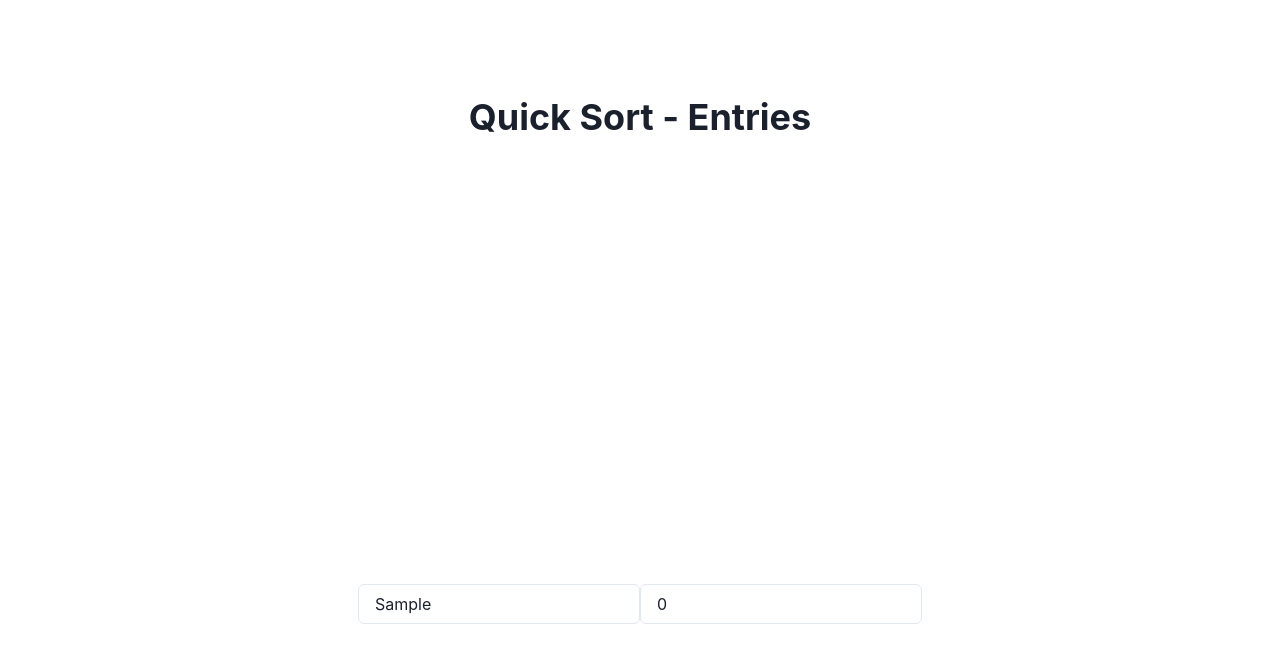
Repository: rohit-jindal18/stock-trailer
Page: /home
The author's editor kept a copy of each file at every save. The page is drawn from the files as they stood at one save, then again after the next save.
The browser window is 1280 px wide. The pictures show the whole page.
The project was rebuilt for these pictures with package versions that can differ from the ones it lists, and the page was loaded fresh each time. The framework's server and built-in components were replaced by stand-ins that run in the browser. Also part of the build but not shown: next.config.js.

Above is the page before, as saved 2023-03-14 14:58:57.

### src/pages/_app.tsx
import '@stock-trailer/styles/globals.css'
import { ChakraProvider } from '@chakra-ui/react'
import type { AppProps } from 'next/app'

export default function App({ Component, pageProps }: AppProps) {
  return (
    <ChakraProvider>
      <Component {...pageProps} />
    </ChakraProvider>
  )
}

### src/pages/home.tsx
import { Box, Heading, Input } from '@chakra-ui/react'
import styles from '@stock-trailer/styles/Home.module.css'
import { IInstrumentInfo } from '@stock-trailer/types'
import { Inter } from 'next/font/google'
import Head from 'next/head'
import { useState } from 'react'

const inter = Inter({ subsets: ['latin'] })

export default function Authorize() {
  const [instruments, setInstruments] = useState<IInstrumentInfo[]>([{
    id: 'Sample',
    qty: 0
  }]);
  return (
    <>
      <Head>
        <title>Stock - Trailer</title>
        <meta name="description" content="Generated by create next app" />
        <meta name="viewport" content="width=device-width, initial-scale=1" />
        <link rel="icon" href="/favicon.ico" />
      </Head>
      <main className={styles.main}>
        <div className={styles.description}>
          <Heading>Quick Sort - Entries</Heading>
        </div>
        <Box>
          {
            instruments.map((instrument, index) => {
              return (
                <Box display={'flex'} key={`qs-${index}`} >
                  <Input value={instrument.id} onChange={(event) => {
                    const newInstruments = [
                      ...instruments
                    ]
                    newInstruments[index].id = event.target.value
                    setInstruments(newInstruments);
                  }} />
                  <Input value={instrument.qty} onChange={(event) => {
                    const newInstruments = [
                      ...instruments
                    ]
                    newInstruments[index].qty = +event.target.value
                    setInstruments(newInstruments);
                  }} />
                </Box>
              );
            })
          }
        </Box>
      </main>
    </>
  )
}

### src/styles/Home.module.css
.main {
  display: flex;
  flex-direction: column;
  justify-content: space-between;
  align-items: center;
  padding: 6rem;
  min-height: 100vh;
}

.description {
  display: flex;
  justify-content: center;
  align-items: center;
  height: 100%;
  font-size: 0.85rem;
  max-width: var(--max-width);
  width: 100%;
  z-index: 2;
  font-family: var(--font-mono);
}

.description a {
  display: flex;
  justify-content: center;
  align-items: center;
  gap: 0.5rem;
}

.description p {
  position: relative;
  margin: 0;
  padding: 1rem;
  background-color: rgba(var(--callout-rgb), 0.5);
  border: 1px solid rgba(var(--callout-border-rgb), 0.3);
  border-radius: var(--border-radius);
}

.code {
  font-weight: 700;
  font-family: var(--font-mono);
}

.grid {
  display: grid;
  grid-template-columns: repeat(4, minmax(25%, auto));
  width: var(--max-width);
  max-width: 100%;
}

.card {
  padding: 1rem 1.2rem;
  border-radius: var(--border-radius);
  background: rgba(var(--card-rgb), 0);
  border: 1px solid rgba(var(--card-border-rgb), 0);
  transition: background 200ms, border 200ms;
}

.card span {
  display: inline-block;
  transition: transform 200ms;
}

.card h2 {
  font-weight: 600;
  margin-bottom: 0.7rem;
}

.card p {
  margin: 0;
  opacity: 0.6;
  font-size: 0.9rem;
  line-height: 1.5;
  max-width: 30ch;
}

.center {
  display: flex;
  justify-content: center;
  align-items: center;
  position: relative;
  padding: 4rem 0;
}

.center::before {
  background: var(--secondary-glow);
  border-radius: 50%;
  width: 480px;
  height: 360px;
  margin-left: -400px;
}

.center::after {
  background: var(--primary-glow);
  width: 240px;
  height: 180px;
  z-index: -1;
}

.center::before,
.center::after {
  content: '';
  left: 50%;
  position: absolute;
  filter: blur(45px);
  transform: translateZ(0);
}

.logo,
.thirteen {
  position: relative;
}

.thirteen {
  display: flex;
  justify-content: center;
  align-items: center;
  width: 75px;
  height: 75px;
  padding: 25px 10px;
  margin-left: 16px;
  transform: translateZ(0);
  border-radius: var(--border-radius);
  overflow: hidden;
  box-shadow: 0px 2px 8px -1px #0000001a;
}

.thirteen::before,
.thirteen::after {
  content: '';
  position: absolute;
  z-index: -1;
}

/* Conic Gradient Animation */
.thirteen::before {
  animation: 6s rotate linear infinite;
  width: 200%;
  height: 200%;
  background: var(--tile-border);
}

/* Inner Square */
.thirteen::after {
  inset: 0;
  padding: 1px;
  border-radius: var(--border-radius);
  background: linear-gradient(
    to bottom right,
    rgba(var(--tile-start-rgb), 1),
    rgba(var(--tile-end-rgb), 1)
  );
  background-clip: content-box;
}

/* Enable hover only on non-touch devices */
@media (hover: hover) and (pointer: fine) {
  .card:hover {
    background: rgba(var(--card-rgb), 0.1);
    border: 1px solid rgba(var(--card-border-rgb), 0.15);
  }

  .card:hover span {
    transform: translateX(4px);
  }
}

@media (prefers-reduced-motion) {
  .thirteen::before {
    animation: none;
  }

  .card:hover span {
    transform: none;
  }
}

/* Mobile */
@media (max-width: 700px) {
  .content {
    padding: 4rem;
  }

  .grid {
    grid-template-columns: 1fr;
    margin-bottom: 120px;
    max-width: 320px;
    text-align: center;
  }

  .card {
    padding: 1rem 2.5rem;
  }

  .card h2 {
    margin-bottom: 0.5rem;
  }

  .center {
    padding: 8rem 0 6rem;
  }

  .center::before {
    transform: none;
    height: 300px;
  }

  .description {
    font-size: 0.8rem;
  }

  .description a {
    padding: 1rem;
  }

  .description p,
  .description div {
    display: flex;
    justify-content: center;
    position: fixed;
    width: 100%;
  }

  .description p {
    align-items: center;
    inset: 0 0 auto;
    padding: 2rem 1rem 1.4rem;
    border-radius: 0;
    border: none;
    border-bottom: 1px solid rgba(var(--callout-border-rgb), 0.25);
    background: linear-gradient(
      to bottom,
      rgba(var(--background-start-rgb), 1),
      rgba(var(--callout-rgb), 0.5)
    );
    background-clip: padding-box;
    backdrop-filter: blur(24px);
  }

  .description div {
    align-items: flex-end;
    pointer-events: none;
    inset: auto 0 0;
    padding: 2rem;
    height: 200px;
    background: linear-gradient(
      to bottom,
      transparent 0%,
      rgb(var(--background-end-rgb)) 40%
    );
    z-index: 1;
  }
}

/* Tablet and Smaller Desktop */
@media (min-width: 701px) and (max-width: 1120px) {
  .grid {
    grid-template-columns: repeat(2, 50%);
  }
}

@media (prefers-color-scheme: dark) {
  .vercelLogo {
    filter: invert(1);
  }

  .logo,
  .thirteen img {
    filter: invert(1) drop-shadow(0 0 0.3rem #ffffff70);
  }
}

@keyframes rotate {
  from {
    transform: rotate(360deg);
  }
  to {
    transform: rotate(0deg);
  }
}

Loaded but not shown: src/pages/_document.tsx (common file); src/styles/globals.css (common file)

After the next save:
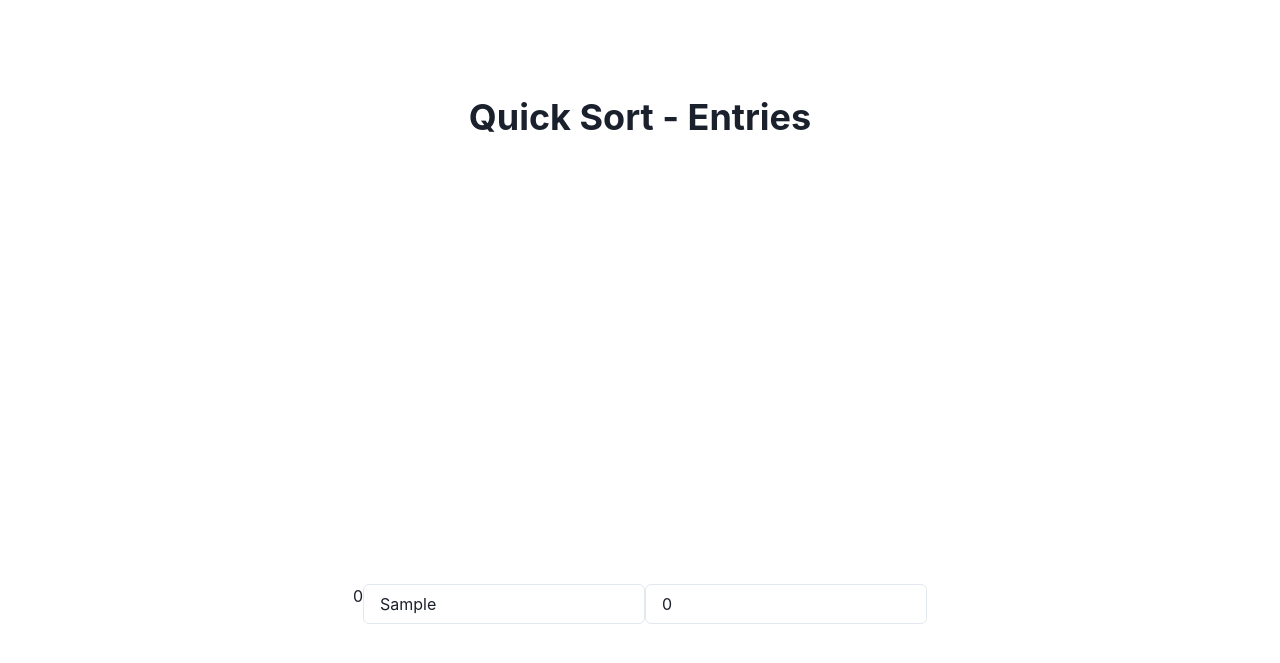
Saved 17 s later.
--- a/src/pages/home.tsx
+++ b/src/pages/home.tsx
@@ -1,4 +1,4 @@
-import { Box, Heading, Input } from '@chakra-ui/react'
+import { Box, Heading, Input, Text } from '@chakra-ui/react'
 import styles from '@stock-trailer/styles/Home.module.css'
 import { IInstrumentInfo } from '@stock-trailer/types'
 import { Inter } from 'next/font/google'
@@ -29,6 +29,7 @@ export default function Authorize() {
             instruments.map((instrument, index) => {
               return (
                 <Box display={'flex'} key={`qs-${index}`} >
+                  <Text>{index}</Text>
                   <Input value={instrument.id} onChange={(event) => {
                     const newInstruments = [
                       ...instruments
